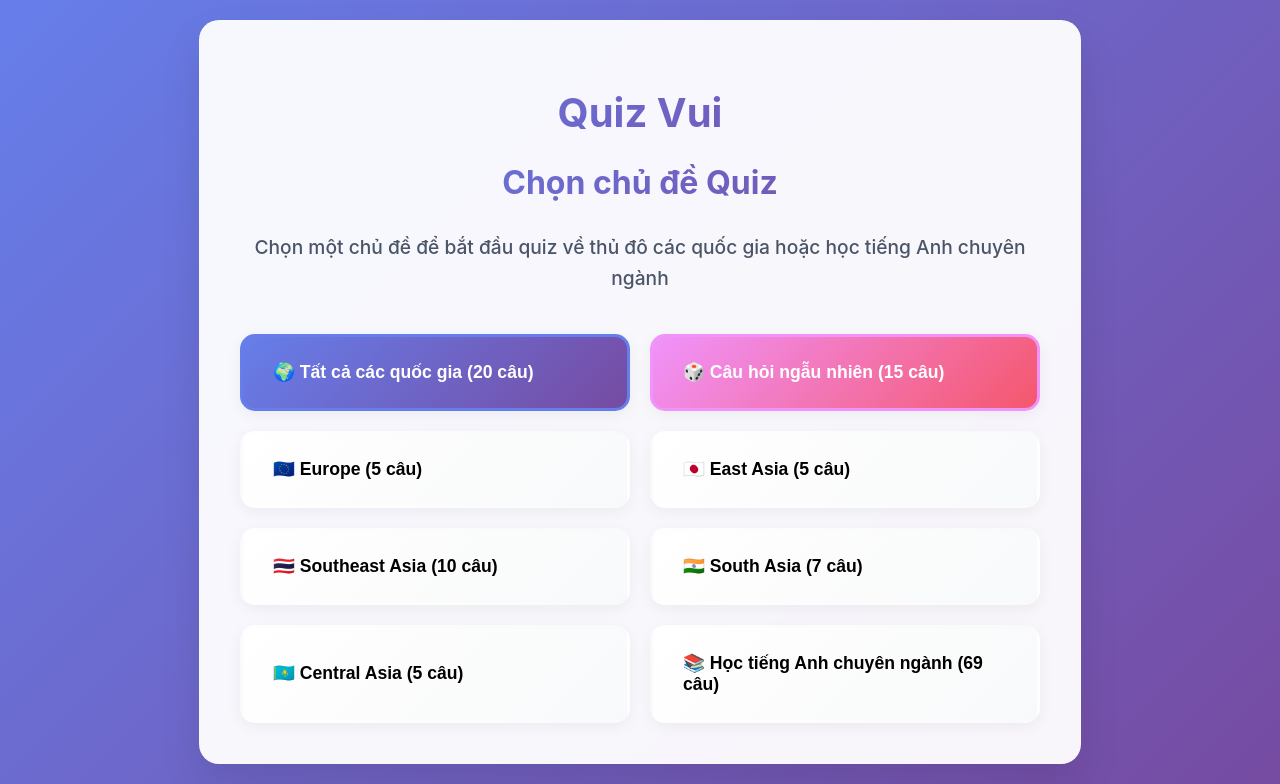
Repository: HuynhPPP/Quiz_App
Page: /
These files come from the project's save history. The page is drawn as it stood at one moment and after a run of saves; the edit follows.
The browser window is 1280 px wide. The pictures show the whole page.
The project was rebuilt for these pictures with package versions that can differ from the ones it lists, and the page was loaded fresh each time. Also part of the build but not shown: vite.config.js, src/components/Resutl.jsx, src/components/Review.jsx.

Above is the page before, as saved 2025-09-27 15:25:04.

### index.html
<!doctype html>
<html lang="en">
  <head>
    <meta charset="UTF-8" />
    <link rel="icon" type="image/svg+xml" href="/vite.svg" />
    <meta name="viewport" content="width=device-width, initial-scale=1.0" />
    <title>Quiz Vui</title>
  </head>
  <body>
    <div id="root"></div>
    <script type="module" src="/src/main.jsx"></script>
  </body>
</html>

### src/App.jsx
import Quiz from "./components/Quiz"

function App() {
  return (
    <div className="container">
      <h1>Quiz Vui</h1>
      <Quiz />

    </div>
  )
}

export default App

### src/components/Quiz.jsx
import React, { useState, useEffect } from 'react'
import Resutl from './Resutl'
import Review from './Review'
import QuizSelector from './QuizSelector'

const Quiz = () => {
    const [currentQuestions, setCurrentQuestions] = useState([]);
    const [optionSelected, setOptionSelected] = useState("");
    const [userAnswer, setUserAnswer] = useState([]);
    const [currentQuestion, setCurrentQuestion] = useState(0);
    const [isQuizCompleted, setIsQuizCompleted] = useState(false);
    const [isReviewMode, setIsReviewMode] = useState(false);
    const [score, setScore] = useState(0);
    const [showSelector, setShowSelector] = useState(true);

    const handleStartQuiz = (questions) => {
        setCurrentQuestions(questions);
        setUserAnswer(Array.from({ length: questions.length }));
        setShowSelector(false);
        setCurrentQuestion(0);
        setOptionSelected("");
        setIsQuizCompleted(false);
        setIsReviewMode(false);
        setScore(0);
    };

    const handleSelectOption = (option, index) => {
        setOptionSelected(option);
        const newUserAnswer = [...userAnswer];
        newUserAnswer[currentQuestion] = index;
        setUserAnswer(newUserAnswer);
    }

    const handleNextQuestion = () => {
        if (currentQuestion === currentQuestions.length - 1) {
            setIsQuizCompleted(true);
        } else {
            setCurrentQuestion((prev) => prev + 1);
        }

    }

    const handlePreviousQuestion = () => {
        if (currentQuestion > 0) {
            setCurrentQuestion((prev) => prev - 1);
        }
    }

    const handleResetQuiz = () => {
        setShowSelector(true);
        setIsQuizCompleted(false);
        setIsReviewMode(false);
        setCurrentQuestion(0);
        setScore(0);
        setUserAnswer([]);
        setOptionSelected("");
        setCurrentQuestions([]);
    }

    const handleReviewQuiz = () => {
        setIsReviewMode(true);
        setIsQuizCompleted(false);
        setCurrentQuestion(0);
    }

    const handleBackToSelector = () => {
        setShowSelector(true);
        setIsQuizCompleted(false);
        setIsReviewMode(false);
        setCurrentQuestion(0);
        setScore(0);
        setUserAnswer([]);
        setOptionSelected("");
        setCurrentQuestions([]);
    }

    useEffect(() => {
        if (currentQuestions.length > 0) {
            const answer = Number(userAnswer[currentQuestion]);
            const pastOptionSelected = currentQuestions[currentQuestion].options[answer];
            if (answer !== undefined) {
                setOptionSelected(pastOptionSelected);
            } else {
                setOptionSelected("");
            }
        }
    }, [currentQuestion, userAnswer, currentQuestions]);

    useEffect(() => {
        if (currentQuestions.length > 0 && optionSelected === currentQuestions[currentQuestion].answer) {
            setScore((prev) => prev + 1);
        }
    }, [optionSelected, currentQuestion, currentQuestions]);

    if (isReviewMode) {
        return <Review
            quizData={currentQuestions}
            userAnswers={userAnswer}
            handleBackToResult={handleBackToSelector}
            handleRestartQuiz={handleResetQuiz}
        />
    }

    if (isQuizCompleted) {
        return <Resutl
            score={score}
            totalQuestions={currentQuestions.length}
            handleReviewQuiz={handleReviewQuiz}
            handleResetQuiz={handleResetQuiz}
        />
    }

    if (showSelector) {
        return <QuizSelector onStartQuiz={handleStartQuiz} />
    }

    if (currentQuestions.length === 0) {
        return <div>Loading...</div>
    }

    return (
        <div>
            <div className="quiz-header">
                <button
                    className="back-to-selector-btn"
                    onClick={handleBackToSelector}
                    title="Quay lại chọn chủ đề"
                >
                    ← Quay lại chọn chủ đề
                </button>
                <h2>Câu {currentQuestion + 1}</h2>
            </div>
            <p className='question'>{currentQuestions[currentQuestion].question}</p>

            {currentQuestions[currentQuestion].options.map((option, index) => (
                <button
                    key={index}
                    className={`option ${optionSelected === option ? 'selected' : ''}`}
                    disabled={!!optionSelected && optionSelected !== option}
                    onClick={() => handleSelectOption(option, index)}
                >
                    {option}
                </button>
            ))}

            {
                optionSelected ? (
                    optionSelected === currentQuestions[currentQuestion].answer ? (
                        <p className='correct-answer'>Câu trả lời của bạn là chính xác</p>
                    ) : (
                        <p className='incorrect-answer'>Câu trả lời của bạn chưa chính xác</p>
                    )
                ) : ""
            }


            <div className='nav-buttons'>
                <button
                    onClick={handlePreviousQuestion}
                    disabled={currentQuestion === 0}
                >
                    Trước
                </button>
                <button
                    onClick={handleNextQuestion}
                    disabled={!optionSelected}
                >
                    {currentQuestion === currentQuestions.length - 1 ? "Hoàn thành Quiz" : "Tiếp"}
                </button>
            </div>
        </div>
    );
};

export default Quiz

### src/components/QuizSelector.jsx
import React from 'react'
import { getAllCategories, getQuestionsByCategory, getRandomQuestions } from '../data/index'

const QuizSelector = ({ onStartQuiz }) => {
    const categories = getAllCategories();

    const handleCategorySelect = (category) => {
        const questions = getQuestionsByCategory(category);
        onStartQuiz(questions);
    };

    const handleRandomQuiz = () => {
        const questions = getRandomQuestions(15);
        onStartQuiz(questions);
    };

    const handleAllQuestions = () => {
        const questions = getRandomQuestions(20);
        onStartQuiz(questions);
    };

    return (
        <div>
            <h2>Chọn chủ đề Quiz</h2>
            <p className="quiz-description">
                Chọn một chủ đề để bắt đầu quiz về thủ đô các quốc gia hoặc học tiếng Anh chuyên ngành
            </p>

            <div className="quiz-categories">
                <button
                    className="category-button all-questions"
                    onClick={handleAllQuestions}
                >
                    🌍 Tất cả các quốc gia (20 câu)
                </button>

                <button
                    className="category-button random"
                    onClick={handleRandomQuiz}
                >
                    🎲 Câu hỏi ngẫu nhiên (15 câu)
                </button>

                {categories.map((category, index) => {
                    const questionCount = getQuestionsByCategory(category).length;
                    const categoryEmojis = {
                        'Europe': '🇪🇺',
                        'East Asia': '🇯🇵',
                        'Southeast Asia': '🇹🇭',
                        'South Asia': '🇮🇳',
                        'Central Asia': '🇰🇿',
                        'Học tiếng Anh chuyên ngành': '📚'
                    };

                    return (
                        <button
                            key={index}
                            className="category-button"
                            onClick={() => handleCategorySelect(category)}
                        >
                            {categoryEmojis[category] || '🌏'} {category} ({questionCount} câu)
                        </button>
                    );
                })}
            </div>
        </div>
    );
};

export default QuizSelector;

### src/data/index.js
// Combined quiz data from all sources
import { capitalsData } from './capitalsData.js';
import { itVocabularyData } from './itVocabularyData.js';

// Combine all quiz data
export const quizData = [
    ...capitalsData,
    ...itVocabularyData
];

// Function to get questions by category
export const getQuestionsByCategory = (category) => {
    return quizData.filter(question => question.category === category);
};

// Function to get all categories
export const getAllCategories = () => {
    const categories = [...new Set(quizData.map(question => question.category))];
    return categories;
};

// Function to get random questions
export const getRandomQuestions = (count = 10) => {
    const shuffled = [...quizData].sort(() => 0.5 - Math.random());
    return shuffled.slice(0, count);
};

// Export individual data sources for specific use cases
export { capitalsData, itVocabularyData };

Loaded but not shown: src/main.jsx (common file); src/data/itVocabularyData.js (417 lines, source omitted); src/data/capitalsData.js (204 lines, source omitted); src/data/footballData.js (128 lines, source omitted); src/index.css (805 lines, source omitted)

After the next 2 saves:
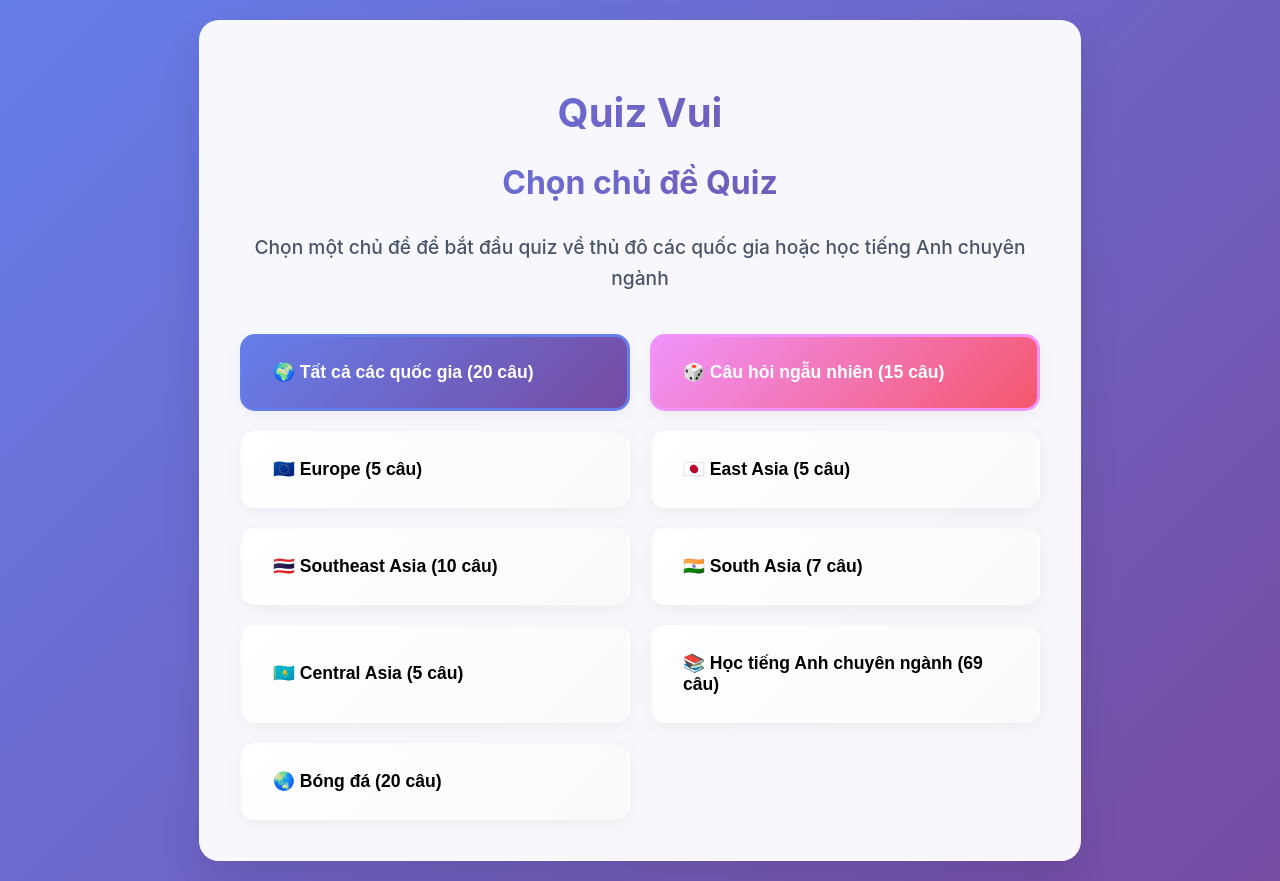
The 2 saves are shown as one change because they came seconds apart.
The last was saved 5 s later.
--- a/src/data/index.js
+++ b/src/data/index.js
@@ -1,11 +1,13 @@
 // Combined quiz data from all sources
 import { capitalsData } from './capitalsData.js';
 import { itVocabularyData } from './itVocabularyData.js';
+import { footballData } from './footballData.js';
 
 // Combine all quiz data
 export const quizData = [
     ...capitalsData,
-    ...itVocabularyData
+    ...itVocabularyData,
+    ...footballData
 ];
 
 // Function to get questions by category
@@ -26,4 +28,4 @@ export const getRandomQuestions = (count = 10) => {
 };
 
 // Export individual data sources for specific use cases
-export { capitalsData, itVocabularyData };
+export { capitalsData, itVocabularyData, footballData };
